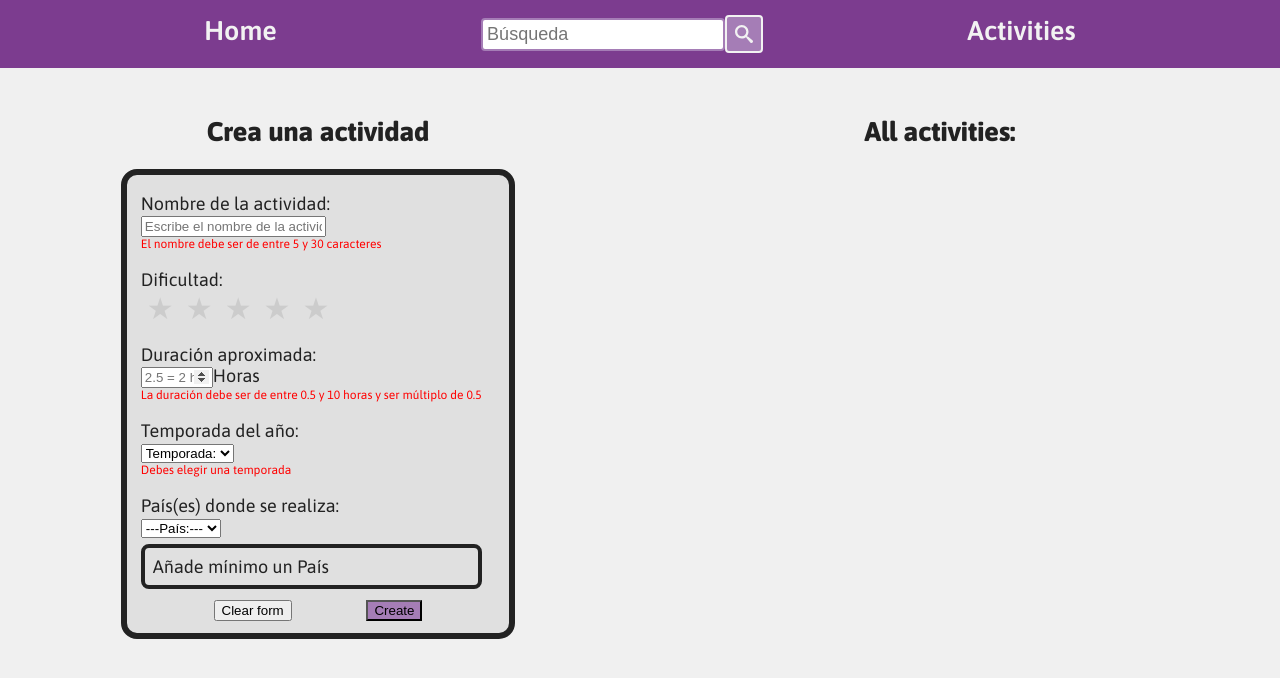
Repository: PCGP22/PI-Countries
Page: /countries/activities (app in cr-pi-countries-main/client/)
An editor plug-in stored every save of this project. The page is shown before and after the next save, followed by the edit.
The browser window is 1280 px wide. The pictures show the whole page.
The page's requests for data from a server got no answer. The project was rebuilt for these pictures with package versions that can differ from the ones it lists, and the page was loaded fresh each time. No one was signed in, and anything a server would have sent is missing. Also part of the build but not shown: cr-pi-countries-main/client/vite.config.js, cr-pi-countries-main/client/src/styles/LandingPage.modules.css, cr-pi-countries-main/client/src/components/LandingPage.jsx, cr-pi-countries-main/client/src/components/Detail.jsx, cr-pi-countries-main/client/src/components/Filter.jsx, cr-pi-countries-main/client/src/styles/HomePage.modules.css, cr-pi-countries-main/client/src/components/HomePage.jsx.

Above is the page before, as saved 2023-08-07 22:03:55.

After the next save:
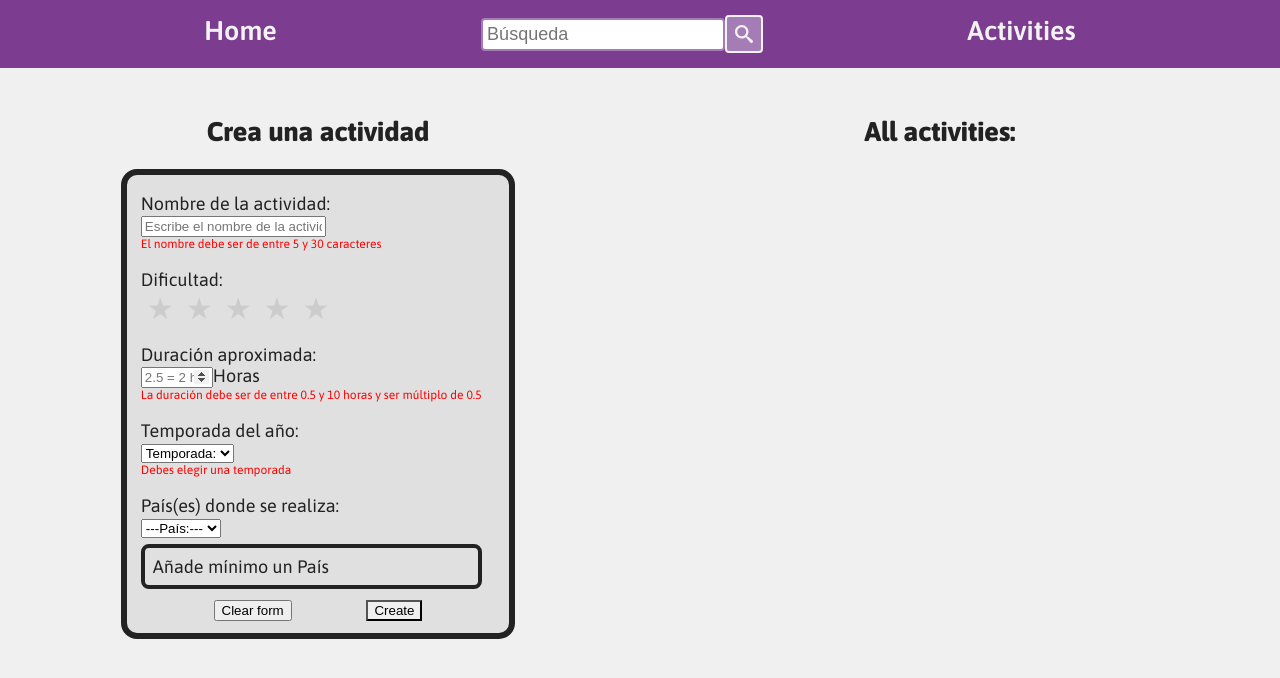
Saved 24 s later.
--- a/cr-pi-countries-main/client/src/components/ActivityPage.jsx
+++ b/cr-pi-countries-main/client/src/components/ActivityPage.jsx
@@ -179,7 +179,7 @@
                 </fieldset>
                 <div className='activityPage__formButtons'>
                     <button onClick={handleReset} type="reset">Clear form</button>
-                    <button type='submit' className='submitButton'>Create</button>
+                    <button type='submit' className='submitButton button'>Create</button>
                 </div>
             </form>
         </aside>

After the save that followed:
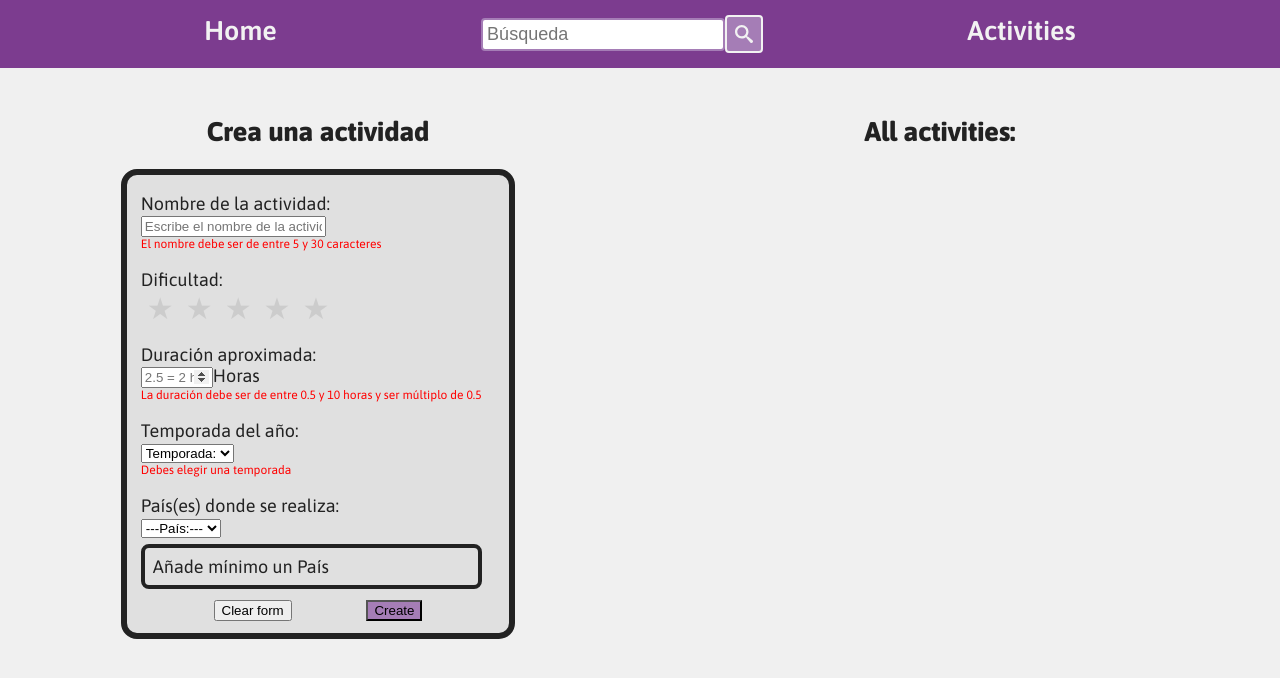
Saved 18 s later.
--- a/cr-pi-countries-main/client/src/components/ActivityPage.jsx
+++ b/cr-pi-countries-main/client/src/components/ActivityPage.jsx
@@ -179,7 +179,7 @@
                 </fieldset>
                 <div className='activityPage__formButtons'>
                     <button onClick={handleReset} type="reset">Clear form</button>
-                    <button type='submit' className='submitButton button'>Create</button>
+                    <button type='submit' className='submitButton'>Create</button>
                 </div>
             </form>
         </aside>
